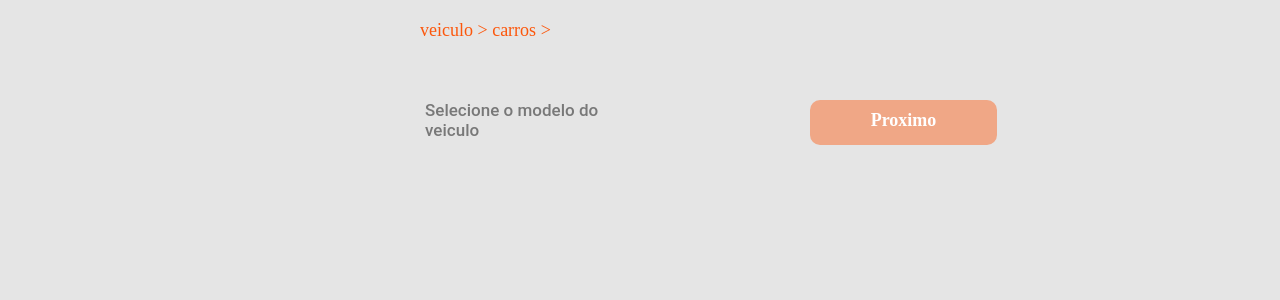
Repository: KevynMarques/Consumindo-API-CARROS
Page: /Page3
The author's editor kept a copy of each file at every save. The page is drawn from the files as they stood at one save, then again after a run of saves.
The browser window is 1280 px wide. The pictures show the whole page.
The project was rebuilt for these pictures with package versions that can differ from the ones it lists, and the page was loaded fresh each time. Also part of the build but not shown: src/Components/Containers/style.jsx, src/Pages/Page1/index.jsx, src/Services/api.jsx, src/Pages/Page2/index.jsx.

Above is the page before, as saved 2022-04-01 18:52:12.

After the next 4 saves:
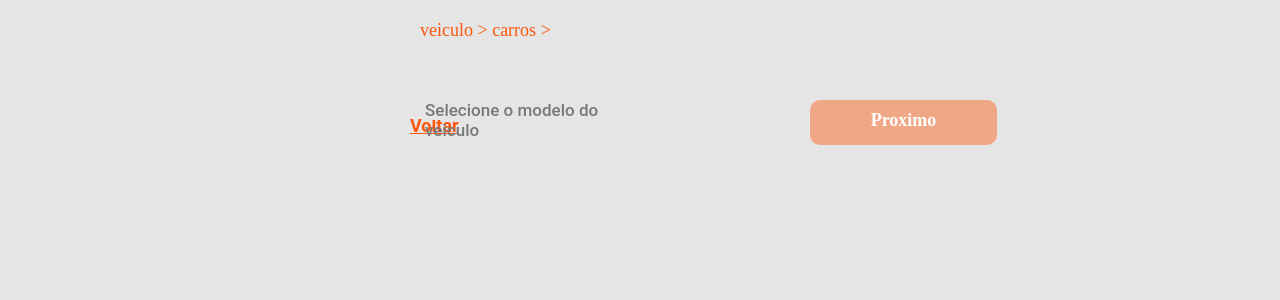
The 4 saves are shown as one change because 1 did not build or start and some came seconds apart.
The last was saved 23 s later.
--- a/src/Pages/Page3/index.jsx
+++ b/src/Pages/Page3/index.jsx
@@ -1,7 +1,7 @@
 import React, {useContext} from "react";
 import { Sequencia, TextSelectP2 } from "../../Components/Textos/Style";
 import { CustomContext } from "../../context/custom";
-import {BotaoProximo, TextProximo} from '../../Components/BotoesGenericos/style'
+import {BotaoProximo, TextProximo ,  BotaoVoltar} from '../../Components/BotoesGenericos/style'
 import { useNavigate } from "react-router-dom";
 
 
@@ -19,7 +19,11 @@ export default () => {
     onClick={()=> navigate("/Page3")}
     disabled={ codigo  ? false : true}  >
        <TextProximo>Proximo</TextProximo>
-   </BotaoProximo>
+    </BotaoProximo>
+
+    <BotaoVoltar  onClick={()=>navigate("/")}>
+           Voltar
+    </BotaoVoltar>
     </>
   );
 }
